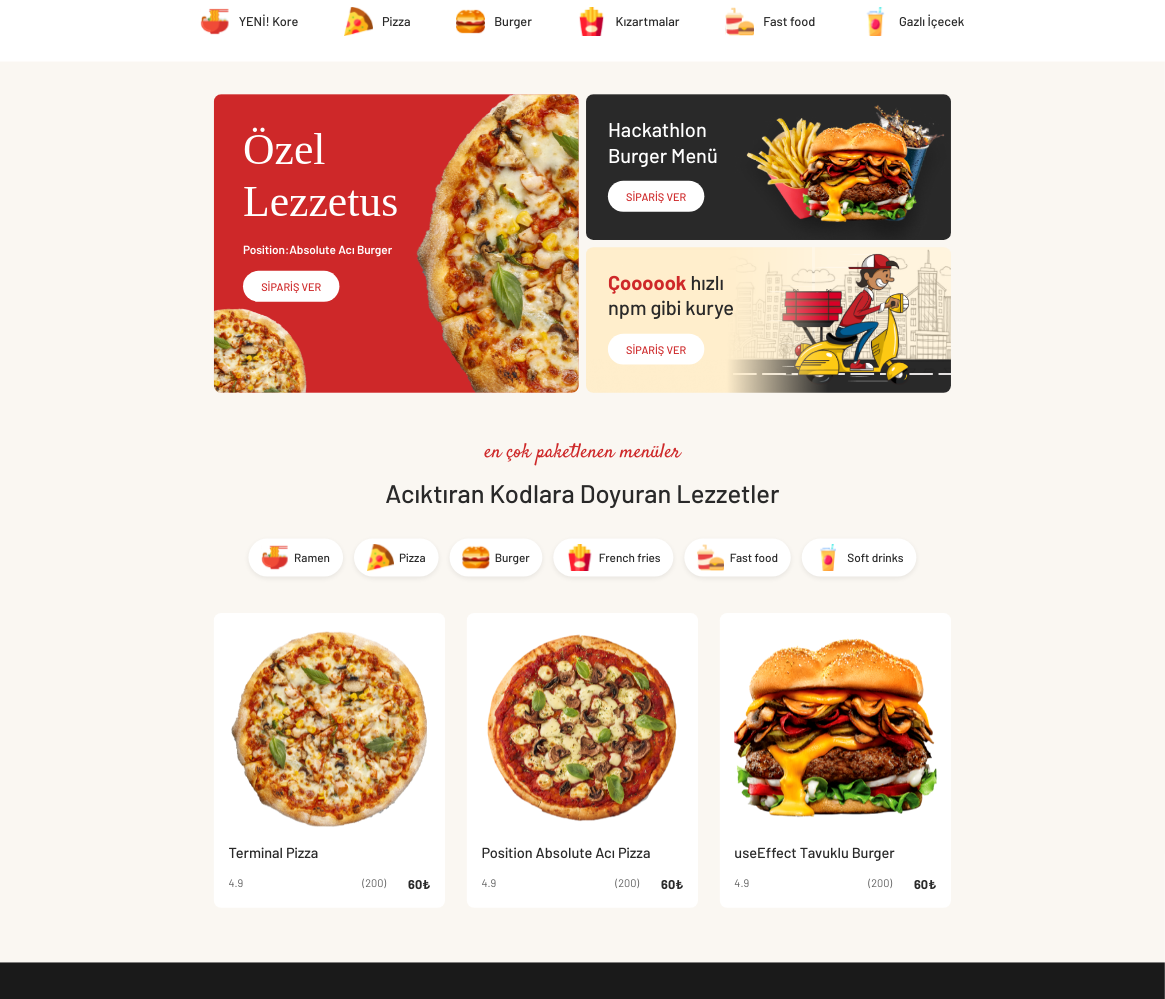
Repository: GozdeAybey/Pizza-HTML-CSS
Page: index.html
These files come from the project's save history. The page is drawn as it stood at one moment and after the next save; the edit follows.
The browser window is 1280 px wide. The pictures show the part of the page from y = 737 to 1835 px (the page is 2185 px tall before and 2193 px after), at 91% of full size.
A picture or video elsewhere on the page could not be fetched, so the positions and the page height are approximate. Some web fonts or font styles are not loaded; a fallback is used.

Above is the page before, as saved 2026-10-29 17:15:02.

After the next save:
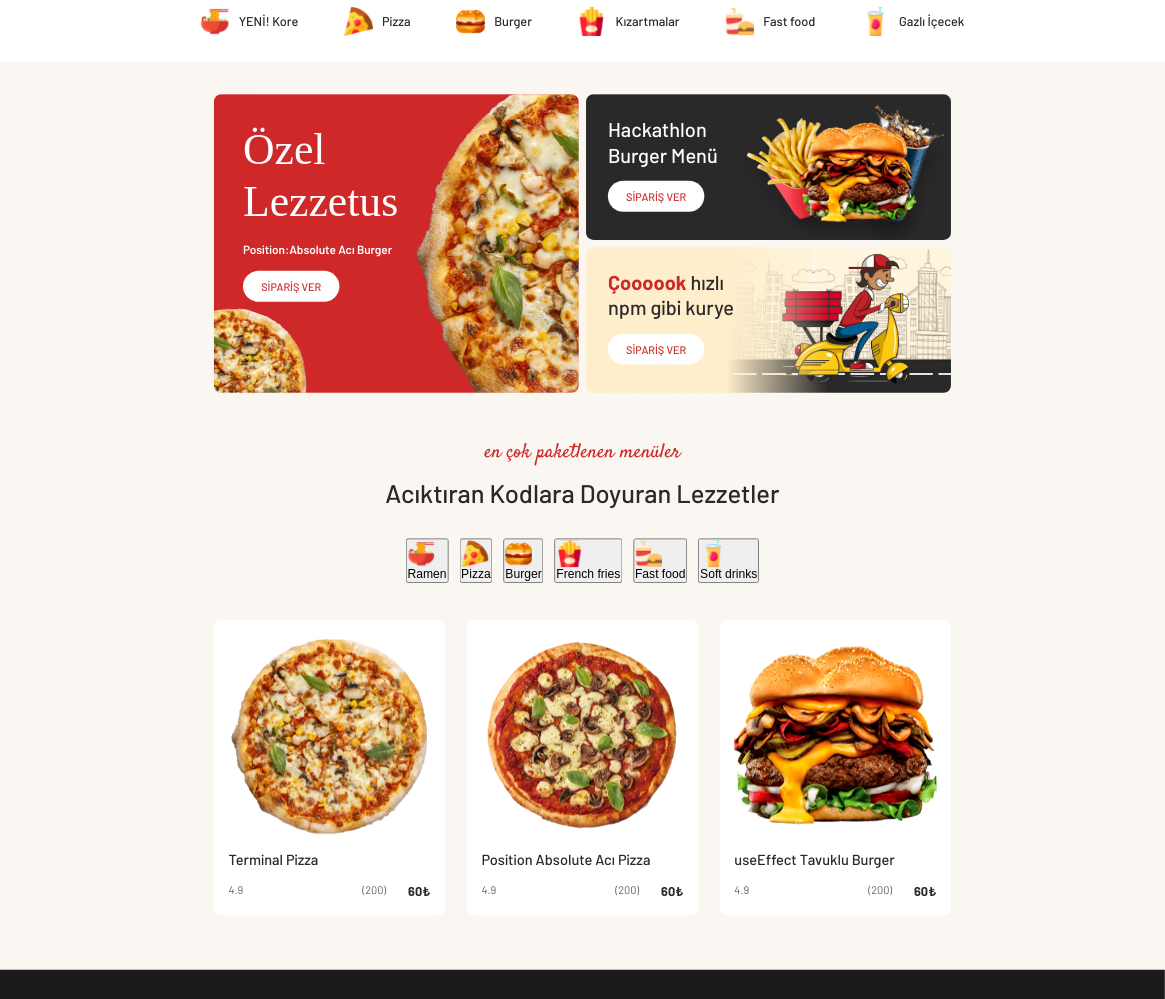
Saved 66 s later.
--- a/style.css
+++ b/style.css
@@ -242,7 +242,7 @@
     justify-self: end;
   }
 
-  .filtreler button {
+  .filtreler button :hover {
     display: flex;
     align-items: center;
     gap: 0.375rem;
@@ -256,6 +256,7 @@
     font-weight: 500;
     color: var(--gray-dark);
     cursor: pointer;
+    background-color: var(--gray-dark);
   }
 
   .filtreler img {

After the save that followed:
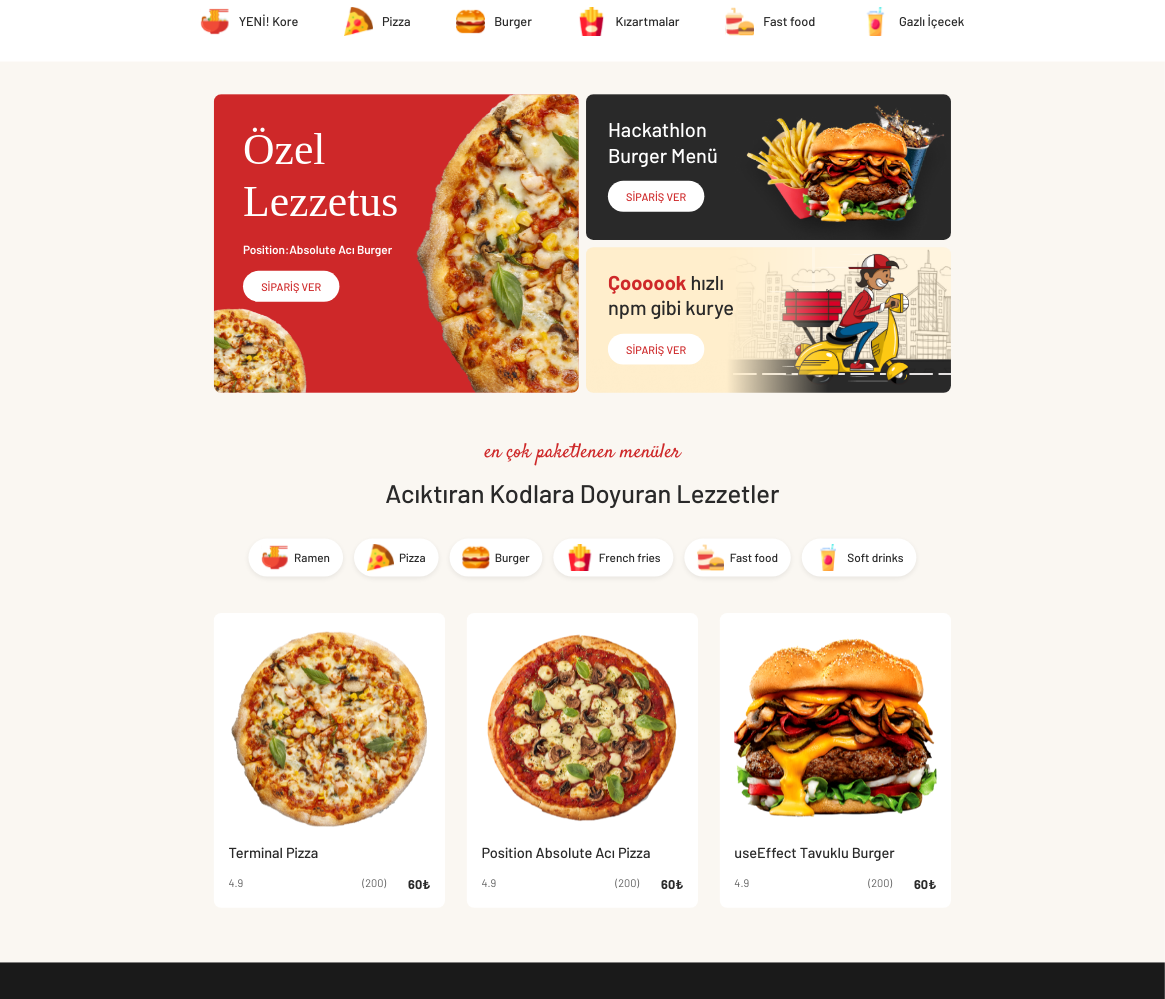
Saved 11 s later.
--- a/style.css
+++ b/style.css
@@ -242,7 +242,7 @@
     justify-self: end;
   }
 
-  .filtreler button :hover {
+  .filtreler button {
     display: flex;
     align-items: center;
     gap: 0.375rem;
@@ -256,7 +256,6 @@
     font-weight: 500;
     color: var(--gray-dark);
     cursor: pointer;
-    background-color: var(--gray-dark);
   }
 
   .filtreler img {
